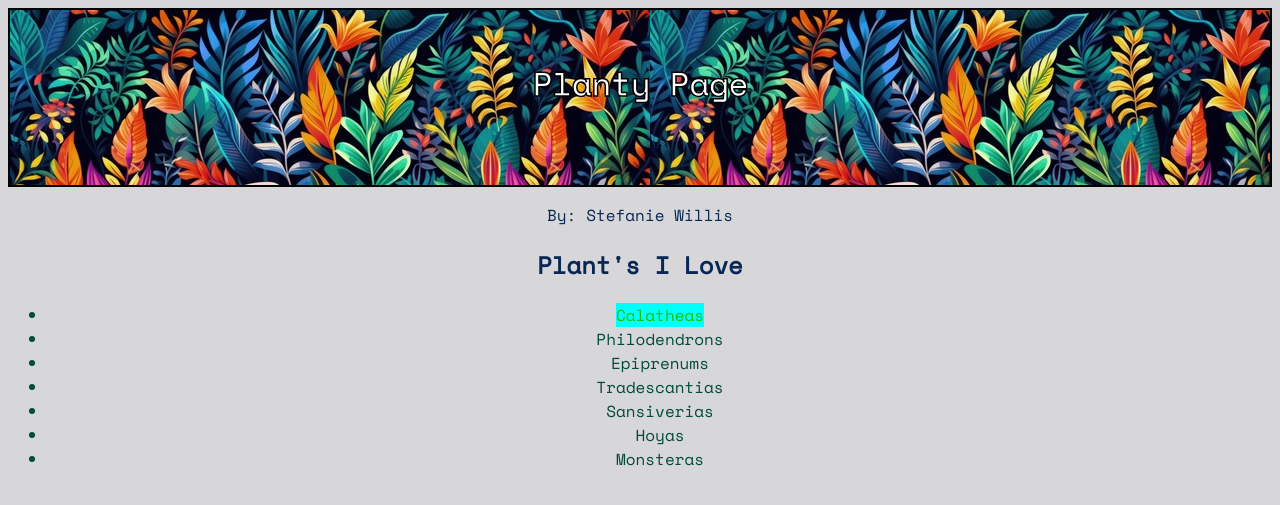
Repository: swillis91/odin-recipies
Page: Planty Page/index.html
An editor plug-in stored every save of this project. The page is shown before and after the next save, followed by the edit.
The browser window is 1280 px wide. The pictures show the whole page.
The pointer rests on the first visible `a`.

Above is the page before, as saved 2023-08-14 23:11:58.

### Planty Page/index.html
<!DOCTYPE html>
    <html>
        <head>
            <title>Planty Page- Home</title>
            <link href="style.css" rel="stylesheet"
            <link rel="preconnect" href="https://fonts.googleapis.com">
            <link rel="preconnect" href="https://fonts.gstatic.com" crossorigin>
            <link href="https://fonts.googleapis.com/css2?family=Permanent+Marker&family=Space+Mono&display=swap" rel="stylesheet">
        </head>
        <body>
            <h1 class="heading">Planty Page</h1>
                <p>By: Stefanie Willis</p>
            <h2>Plant's I Love</h2>
            <div class="navigation">
                <ul>
                    <li><a href="/calatheas.html" class="navigation">Calatheas</a></li>
                    <li><a href="./philodendrons.html" class="navigation">Philodendrons</a></li>
                    <li>Epiprenums</li>
                    <li>Tradescantias</li>
                    <li>Sansiverias</li>
                    <li>Hoyas</li>
                    <li>Monsteras</li>
                 </ul>
            </div>
        </body>
    </html>

### Planty Page/style.css
body{
    background-color: rgb(215, 215, 217);
    color:rgb(8, 39, 85);
    text-align: center;
    font-family: 'Permanent Marker', cursive;
    font-family: 'Space Mono', monospace;
}

.heading{
    color: rgb(0, 0, 0);
    -webkit-text-fill-color: rgb(255, 255, 255);
    -webkit-text-stroke-width: 1.5px;
    -webkit-text-stroke-color: rgb(0, 0, 0);
    text-transform: capitalize;
    border: 2px solid rgb(0, 3, 3);
    background-image: url('Images/banner.jpg');
    height: 75px;
    margin: 0 auto;
    padding:50px 20px;

}

div.box{
    border:2px solid black;
    display: flex;
    margin-left: auto;
    flex-direction:column;
}

#calathea-makoyana{
    width: 500px;
    Height: auto:
}

.navigation{
    color:rgb(1, 75, 56);
    text-decoration: none;
}

a:hover{
    color: rgb(23, 193, 8);
    background-color: aqua;
}

After the next save:
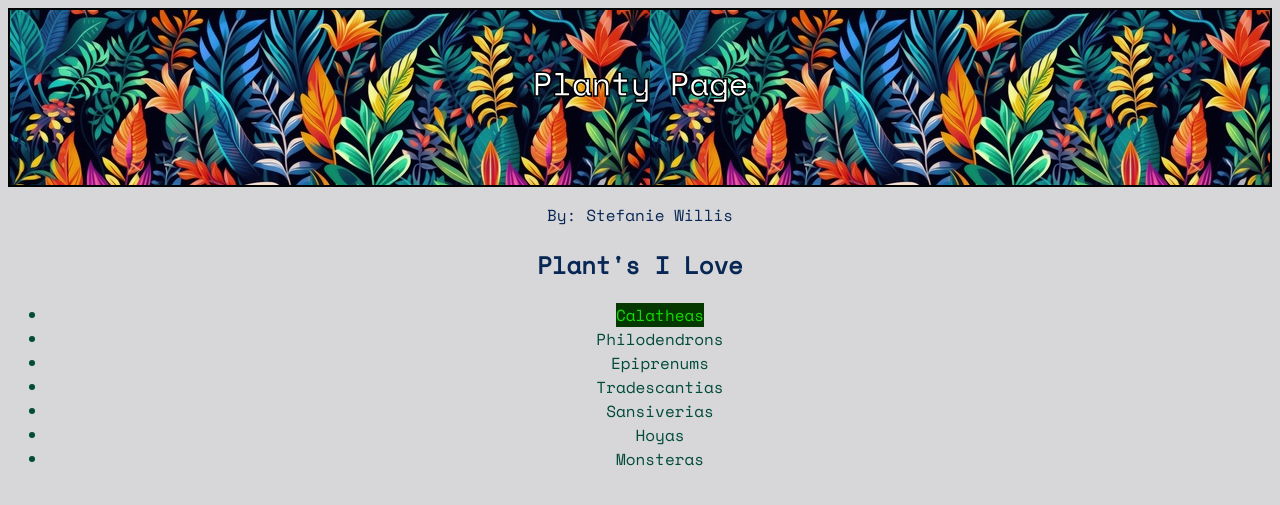
Saved 39 s later.
--- a/Planty Page/style.css
+++ b/Planty Page/style.css
@@ -38,6 +38,6 @@ div.box{
 }
 
 a:hover{
-    color: rgb(23, 193, 8);
-    background-color: aqua;
+    color: rgb(20, 220, 2);
+    background-color: rgb(5, 55, 1);
 }
